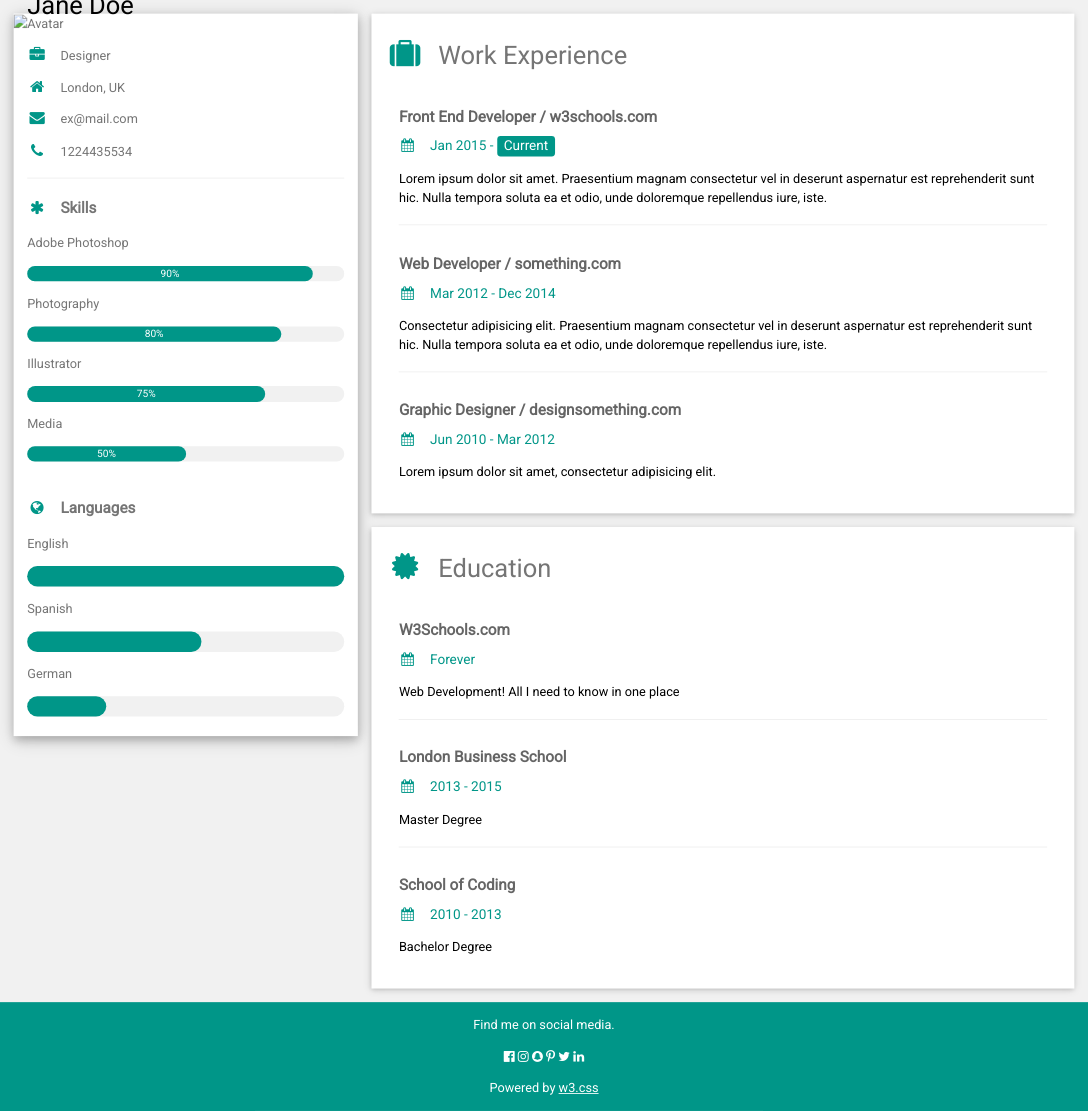
Repository: 365dayschallenge/interface_uniliver
Page: careers.html
These files come from the project's save history. The page is drawn as it stood at one moment and after the next save; the edit follows.
The browser window is 1280 px wide. The pictures show the whole page, at 85% of full size.

Above is the page before, as saved 2022-12-18 17:33:34.
Not found: w3images/avatar_hat.jpg

### careers.html
<!DOCTYPE html>
<!DOCTYPE html>
<html>
<head>
<title>W3.CSS Template</title>
<meta charset="UTF-8">
<meta name="viewport" content="width=device-width, initial-scale=1">
<link rel="stylesheet" href="https://www.w3schools.com/w3css/4/w3.css">
<link rel='stylesheet' href='https://fonts.googleapis.com/css?family=Roboto'>
<link rel="stylesheet" href="https://cdnjs.cloudflare.com/ajax/libs/font-awesome/4.7.0/css/font-awesome.min.css">
<style>
html,body,h1,h2,h3,h4,h5,h6 {font-family: "Roboto", sans-serif}
</style>
</head>
<body class="w3-light-grey">

<!-- Page Container -->
<div class="w3-content w3-margin-top" style="max-width:1400px;">

  <!-- The Grid -->
  <div class="w3-row-padding">

    <!-- Left Column -->
    <div class="w3-third">

      <div class="w3-white w3-text-grey w3-card-4">
        <div class="w3-display-container">
          <img src="/w3images/avatar_hat.jpg" style="width:100%" alt="Avatar">
          <div class="w3-display-bottomleft w3-container w3-text-black">
            <h2>Jane Doe</h2>
          </div>
        </div>
        <div class="w3-container">
          <p><i class="fa fa-briefcase fa-fw w3-margin-right w3-large w3-text-teal"></i>Designer</p>
          <p><i class="fa fa-home fa-fw w3-margin-right w3-large w3-text-teal"></i>London, UK</p>
          <p><i class="fa fa-envelope fa-fw w3-margin-right w3-large w3-text-teal"></i>ex@mail.com</p>
          <p><i class="fa fa-phone fa-fw w3-margin-right w3-large w3-text-teal"></i>1224435534</p>
          <hr>

          <p class="w3-large"><b><i class="fa fa-asterisk fa-fw w3-margin-right w3-text-teal"></i>Skills</b></p>
          <p>Adobe Photoshop</p>
          <div class="w3-light-grey w3-round-xlarge w3-small">
            <div class="w3-container w3-center w3-round-xlarge w3-teal" style="width:90%">90%</div>
          </div>
          <p>Photography</p>
          <div class="w3-light-grey w3-round-xlarge w3-small">
            <div class="w3-container w3-center w3-round-xlarge w3-teal" style="width:80%">
              <div class="w3-center w3-text-white">80%</div>
            </div>
          </div>
          <p>Illustrator</p>
          <div class="w3-light-grey w3-round-xlarge w3-small">
            <div class="w3-container w3-center w3-round-xlarge w3-teal" style="width:75%">75%</div>
          </div>
          <p>Media</p>
          <div class="w3-light-grey w3-round-xlarge w3-small">
            <div class="w3-container w3-center w3-round-xlarge w3-teal" style="width:50%">50%</div>
          </div>
          <br>

          <p class="w3-large w3-text-theme"><b><i class="fa fa-globe fa-fw w3-margin-right w3-text-teal"></i>Languages</b></p>
          <p>English</p>
          <div class="w3-light-grey w3-round-xlarge">
            <div class="w3-round-xlarge w3-teal" style="height:24px;width:100%"></div>
          </div>
          <p>Spanish</p>
          <div class="w3-light-grey w3-round-xlarge">
            <div class="w3-round-xlarge w3-teal" style="height:24px;width:55%"></div>
          </div>
          <p>German</p>
          <div class="w3-light-grey w3-round-xlarge">
            <div class="w3-round-xlarge w3-teal" style="height:24px;width:25%"></div>
          </div>
          <br>
        </div>
      </div><br>

    <!-- End Left Column -->
    </div>

    <!-- Right Column -->
    <div class="w3-twothird">

      <div class="w3-container w3-card w3-white w3-margin-bottom">
        <h2 class="w3-text-grey w3-padding-16"><i class="fa fa-suitcase fa-fw w3-margin-right w3-xxlarge w3-text-teal"></i>Work Experience</h2>
        <div class="w3-container">
          <h5 class="w3-opacity"><b>Front End Developer / w3schools.com</b></h5>
          <h6 class="w3-text-teal"><i class="fa fa-calendar fa-fw w3-margin-right"></i>Jan 2015 - <span class="w3-tag w3-teal w3-round">Current</span></h6>
          <p>Lorem ipsum dolor sit amet. Praesentium magnam consectetur vel in deserunt aspernatur est reprehenderit sunt hic. Nulla tempora soluta ea et odio, unde doloremque repellendus iure, iste.</p>
          <hr>
        </div>
        <div class="w3-container">
          <h5 class="w3-opacity"><b>Web Developer / something.com</b></h5>
          <h6 class="w3-text-teal"><i class="fa fa-calendar fa-fw w3-margin-right"></i>Mar 2012 - Dec 2014</h6>
          <p>Consectetur adipisicing elit. Praesentium magnam consectetur vel in deserunt aspernatur est reprehenderit sunt hic. Nulla tempora soluta ea et odio, unde doloremque repellendus iure, iste.</p>
          <hr>
        </div>
        <div class="w3-container">
          <h5 class="w3-opacity"><b>Graphic Designer / designsomething.com</b></h5>
          <h6 class="w3-text-teal"><i class="fa fa-calendar fa-fw w3-margin-right"></i>Jun 2010 - Mar 2012</h6>
          <p>Lorem ipsum dolor sit amet, consectetur adipisicing elit. </p><br>
        </div>
      </div>

      <div class="w3-container w3-card w3-white">
        <h2 class="w3-text-grey w3-padding-16"><i class="fa fa-certificate fa-fw w3-margin-right w3-xxlarge w3-text-teal"></i>Education</h2>
        <div class="w3-container">
          <h5 class="w3-opacity"><b>W3Schools.com</b></h5>
          <h6 class="w3-text-teal"><i class="fa fa-calendar fa-fw w3-margin-right"></i>Forever</h6>
          <p>Web Development! All I need to know in one place</p>
          <hr>
        </div>
        <div class="w3-container">
          <h5 class="w3-opacity"><b>London Business School</b></h5>
          <h6 class="w3-text-teal"><i class="fa fa-calendar fa-fw w3-margin-right"></i>2013 - 2015</h6>
          <p>Master Degree</p>
          <hr>
        </div>
        <div class="w3-container">
          <h5 class="w3-opacity"><b>School of Coding</b></h5>
          <h6 class="w3-text-teal"><i class="fa fa-calendar fa-fw w3-margin-right"></i>2010 - 2013</h6>
          <p>Bachelor Degree</p><br>
        </div>
      </div>

    <!-- End Right Column -->
    </div>

  <!-- End Grid -->
  </div>

  <!-- End Page Container -->
</div>

<footer class="w3-container w3-teal w3-center w3-margin-top">
  <p>Find me on social media.</p>
  <i class="fa fa-facebook-official w3-hover-opacity"></i>
  <i class="fa fa-instagram w3-hover-opacity"></i>
  <i class="fa fa-snapchat w3-hover-opacity"></i>
  <i class="fa fa-pinterest-p w3-hover-opacity"></i>
  <i class="fa fa-twitter w3-hover-opacity"></i>
  <i class="fa fa-linkedin w3-hover-opacity"></i>
  <p>Powered by <a href="https://www.w3schools.com/w3css/default.asp" target="_blank">w3.css</a></p>
</footer>

</body>
</html>

After the next save:
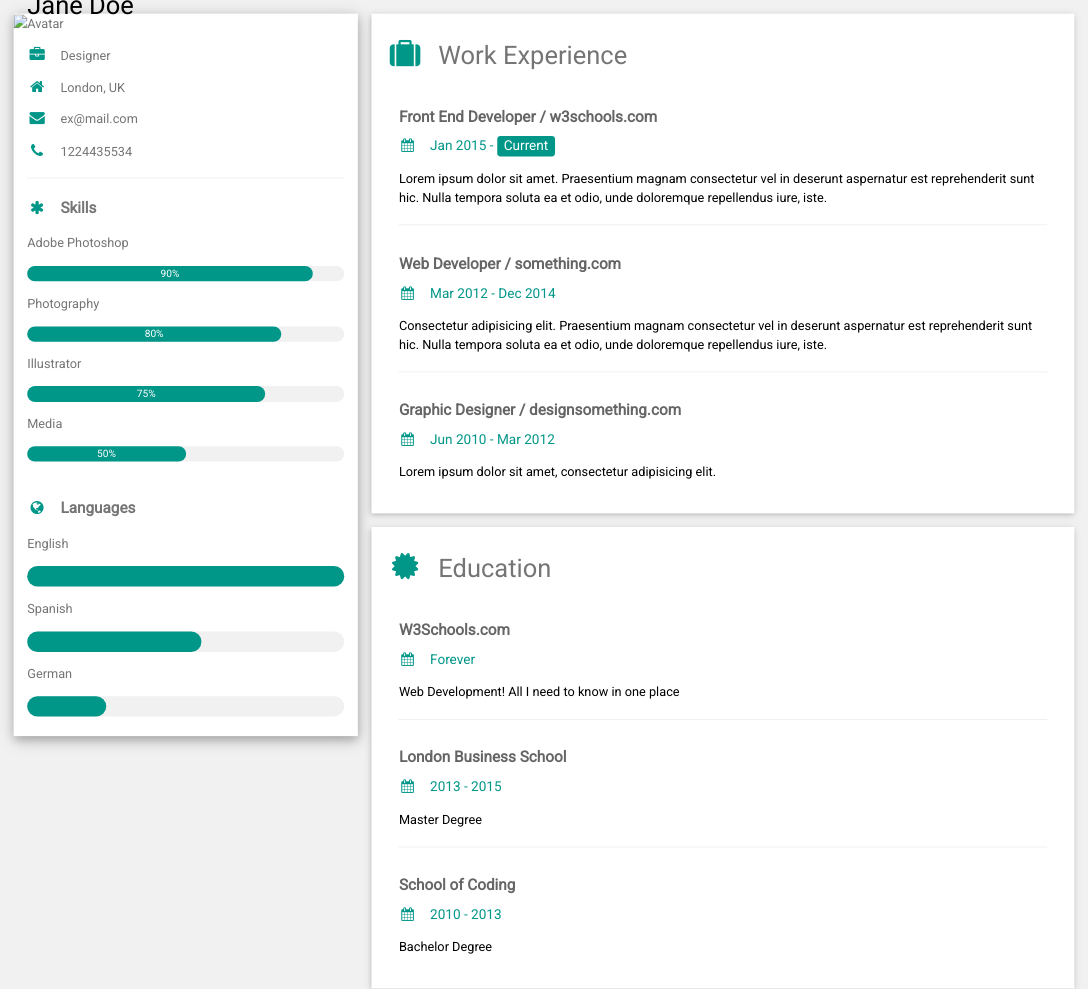
Saved 22 s later.
--- a/careers.html
+++ b/careers.html
@@ -2,7 +2,7 @@
 <!DOCTYPE html>
 <html>
 <head>
-<title>W3.CSS Template</title>
+<title>Careers</title>
 <meta charset="UTF-8">
 <meta name="viewport" content="width=device-width, initial-scale=1">
 <link rel="stylesheet" href="https://www.w3schools.com/w3css/4/w3.css">
@@ -132,16 +132,6 @@ html,body,h1,h2,h3,h4,h5,h6 {font-family: "Roboto", sans-serif}
   <!-- End Page Container -->
 </div>
 
-<footer class="w3-container w3-teal w3-center w3-margin-top">
-  <p>Find me on social media.</p>
-  <i class="fa fa-facebook-official w3-hover-opacity"></i>
-  <i class="fa fa-instagram w3-hover-opacity"></i>
-  <i class="fa fa-snapchat w3-hover-opacity"></i>
-  <i class="fa fa-pinterest-p w3-hover-opacity"></i>
-  <i class="fa fa-twitter w3-hover-opacity"></i>
-  <i class="fa fa-linkedin w3-hover-opacity"></i>
-  <p>Powered by <a href="https://www.w3schools.com/w3css/default.asp" target="_blank">w3.css</a></p>
-</footer>
 
 </body>
 </html>
